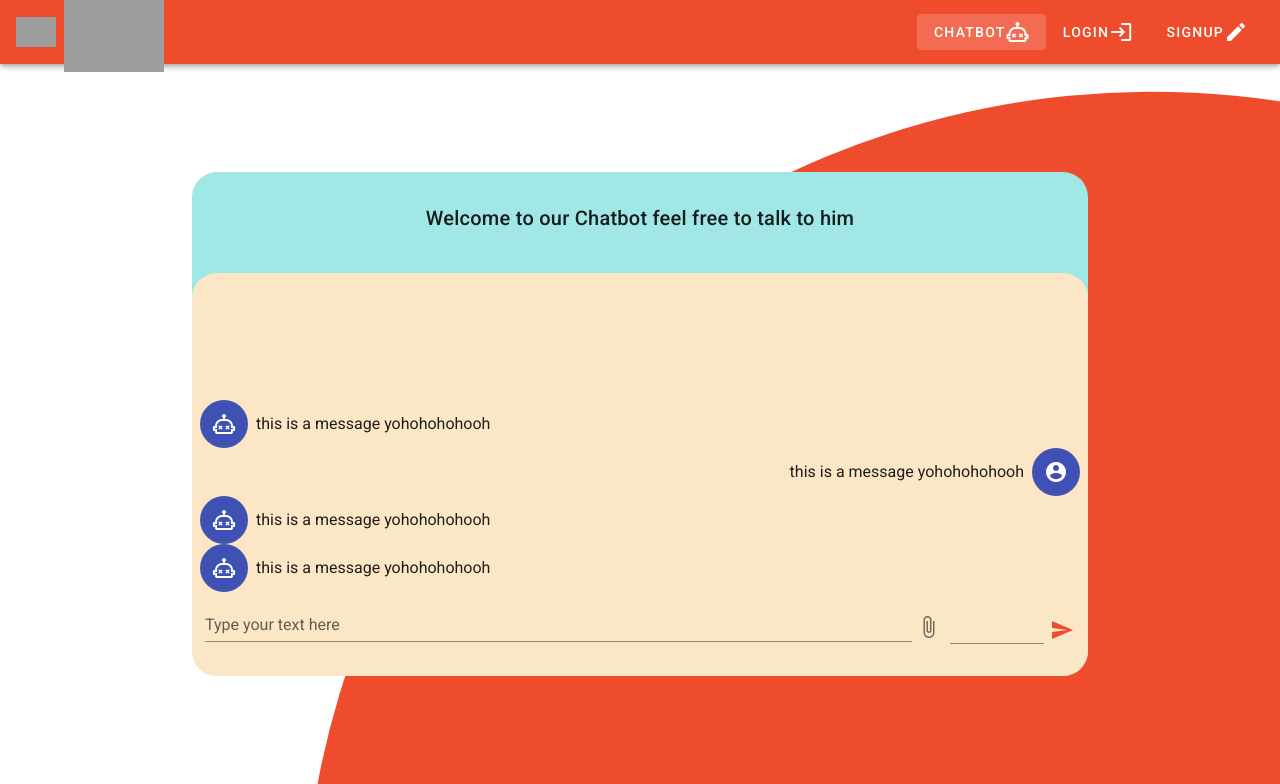
Repository: atout811/pyTorch-Hackathon
Page: /chatbot (app in frontend/)
The author's editor kept a copy of each file at every save. The page is drawn from the files as they stood at one save, then again after the next save.
The browser window is 1280 px wide. The pictures show the whole page.
Pictures or frames that could not be fetched are drawn as grey boxes. The project was rebuilt for these pictures with package versions that can differ from the ones it lists, and the page was loaded fresh each time. Also part of the build but not shown: frontend/vue.config.js, frontend/src/views/Home.vue.

Above is the page before, as saved 2021-10-21 15:32:42.

After the next save:
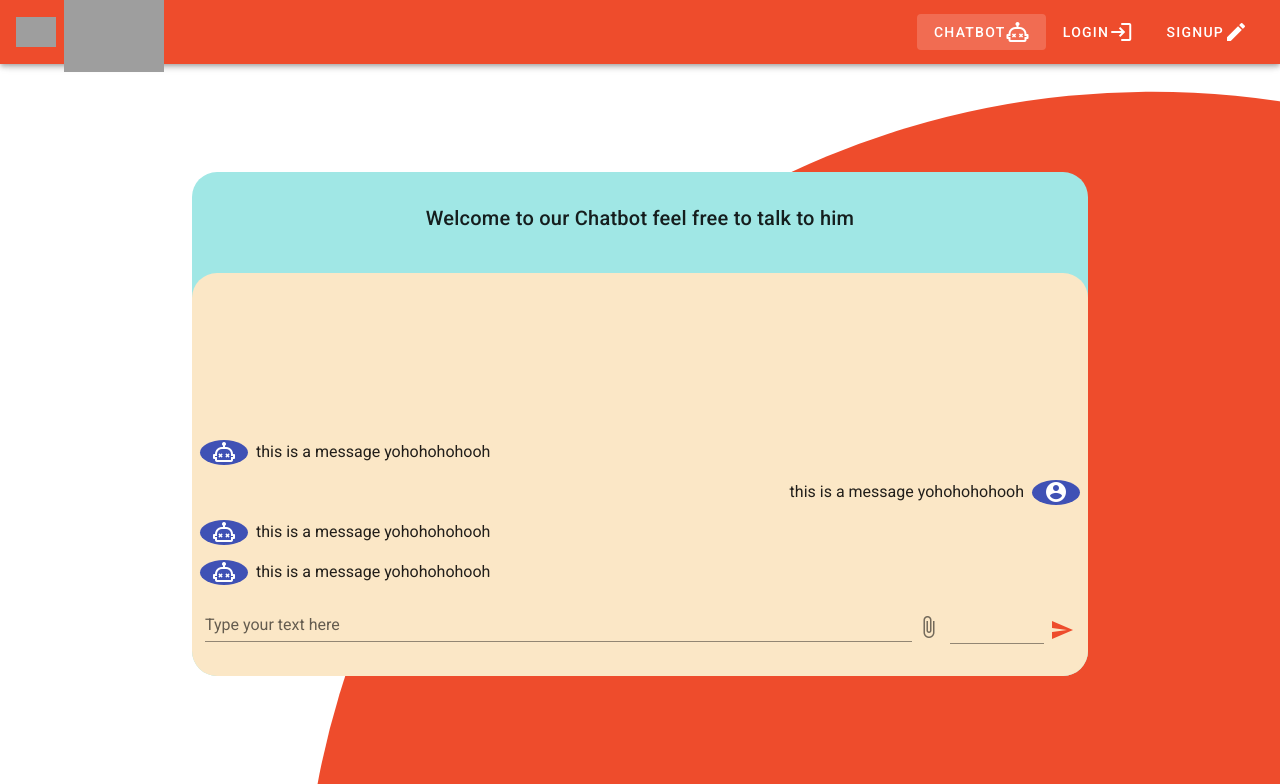
Saved 80 s later.
--- a/frontend/src/views/Chatbot.vue
+++ b/frontend/src/views/Chatbot.vue
@@ -5,7 +5,7 @@
       <div class="chat-container">
         <div v-for="(message, i) in chat" :key="i" class="messages">
           <div :class="message.from == 'bot' ? 'bot' : 'user'">
-            <v-avatar class="avatar" color="indigo">
+            <v-avatar height="25px" width="25px" class="avatar" color="indigo">
               <v-icon dark>
                 {{
                   message.from == "bot"
